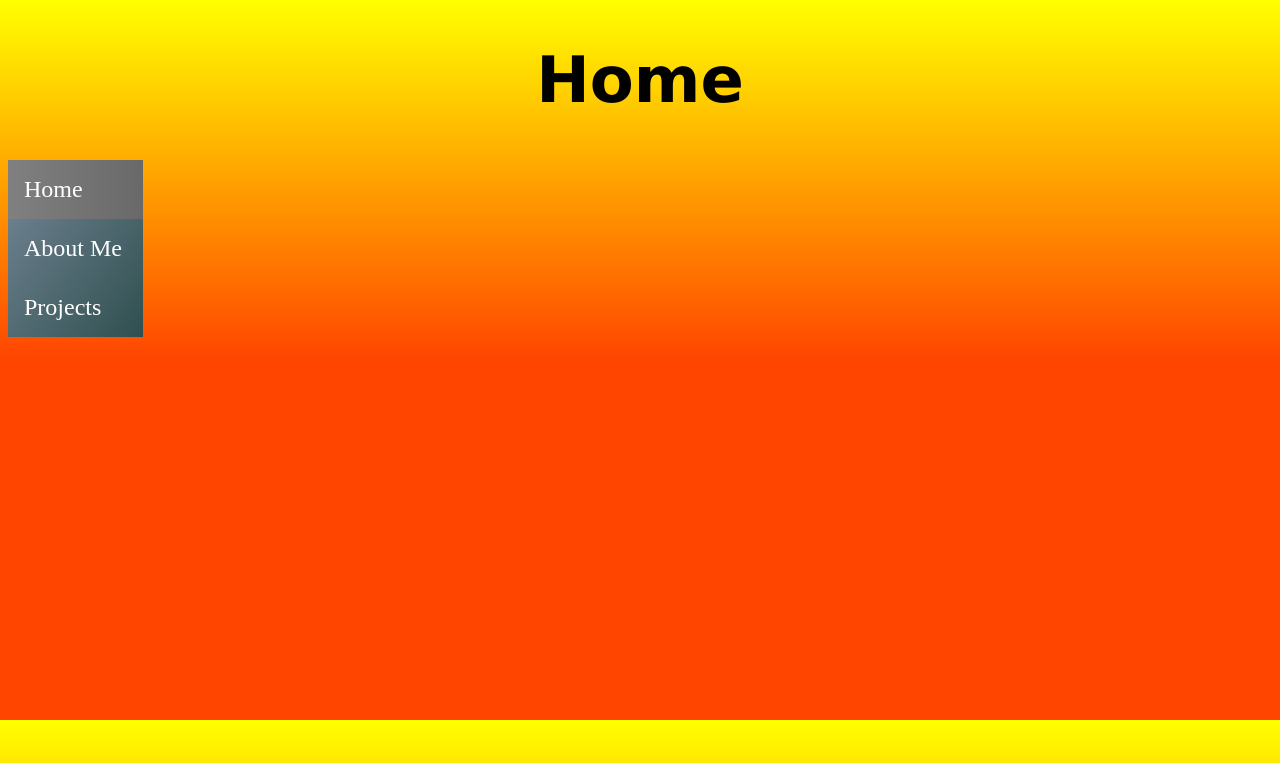
Repository: brody-toth/brody-toth.github.io
Page: project2.html
The author's editor kept a record of every edit. The page is drawn from the files as they stood at one moment, then again after the next edit.
The browser window is 1280 px wide. The pictures show the whole page.

Above is the page before.

### project2.html
<!DOCTYPE html>
<html>

  <head>
    <title>Home</title>
    <link rel="stylesheet" href="style.css" type="text/css">
  </head>

  <body>

    <h1 class="header">Home</h1>

    <ul class="navbar">
      <li class="active"><a href="home.html">Home</a></li>
      <li><a href="about-me.html">About Me</a></li>
      <li class = "dropdown">
        <div>Projects</div>
        <ul class="dropdown-content">
          <li><a href="project1.html">Project 1</a></li>
          <li class="active"><a href="project2.html">Project 2</a></li>
          <li><a href="project3.html">Project 3</a></li>
        </ul>
      </li>
    </ul>

  </body>

</html>

### style.css
html, body{
    height: 100%;
}

body{
    background-image: linear-gradient(to bottom, yellow, orangered 50%);
}

.navbar{
    list-style: none;
    background-image: linear-gradient(to bottom right, lightslategray, darkslategray);
    width: 135px;
    overflow: hidden;
    padding: 0;
}
.navbar a, .dropdown div{
    text-decoration: none;
    color: white;
    font-size: 24px;
    padding: 16px;
    display: inline-block;
}
.navbar div{
    width: 135px;
}
.navbar li:hover{
    background-color: slategray;
}
.dropdown-content{
    list-style: none;
    padding: 0;
    display: none;
    position: absolute;
    z-index: 2;
    background-image: linear-gradient(to bottom right, lightslategray, darkslategray);
}
.dropdown:hover .dropdown-content{
    display: block;
}
.active{
    background-image: linear-gradient(to right, gray, dimgray)
}

.header{
    text-align: center;
    font-family: "Lucida Sans Unicode", "Lucida Grande", sans-serif;
    font-size: 64px;
}

After the next edit:
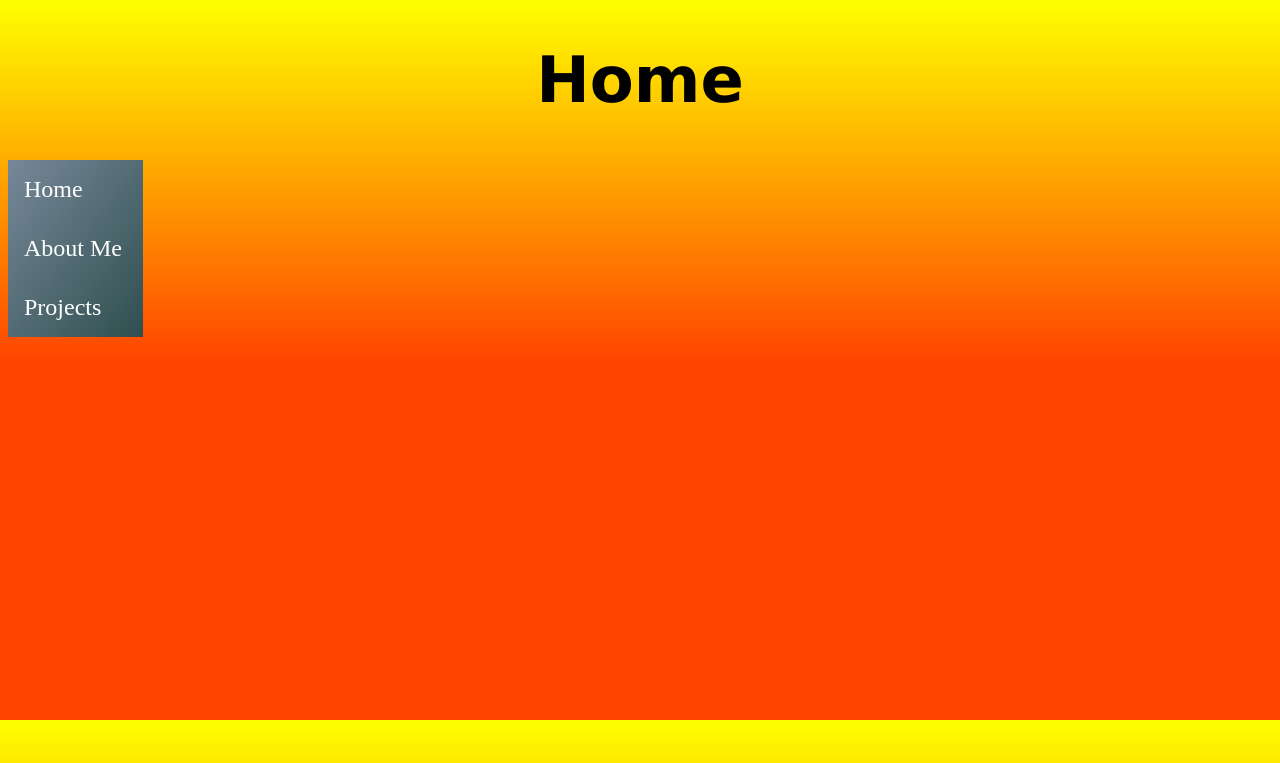
The edit:
--- a/project2.html
+++ b/project2.html
@@ -11,7 +11,7 @@
     <h1 class="header">Home</h1>
 
     <ul class="navbar">
-      <li class="active"><a href="home.html">Home</a></li>
+      <li><a href="home.html">Home</a></li>
       <li><a href="about-me.html">About Me</a></li>
       <li class = "dropdown">
         <div>Projects</div>
